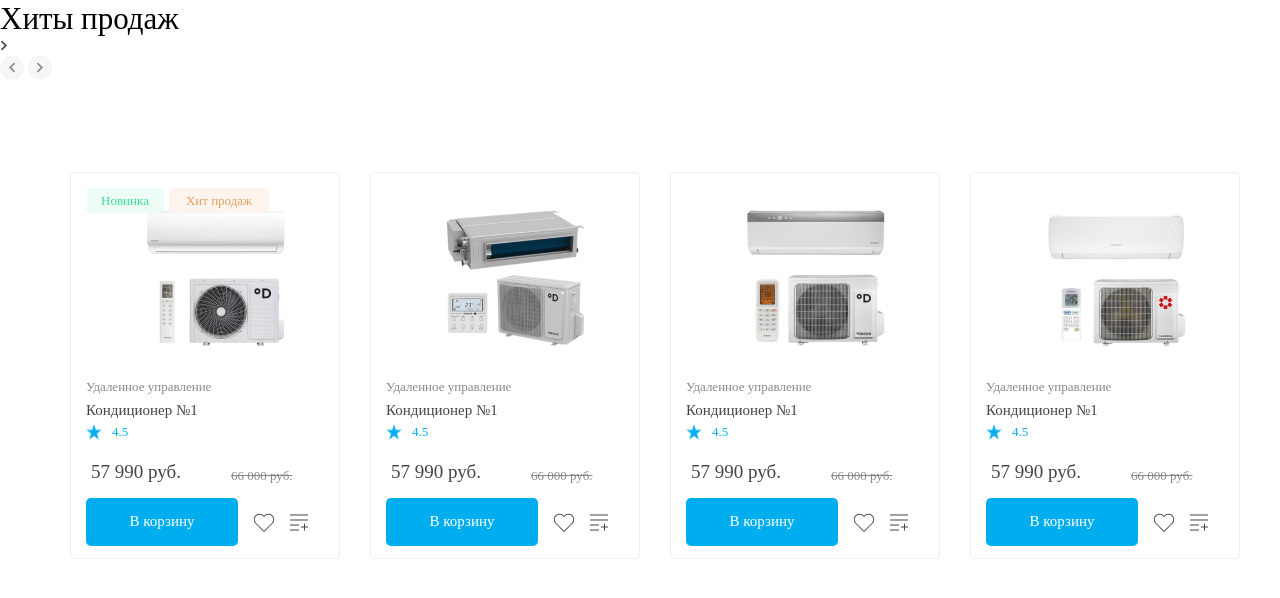
Repository: NikaMana/us
Page: index.html
An editor plug-in stored every save of this project. The page is shown before and after the next save, followed by the edit.
The browser window is 1280 px wide. The pictures show the whole page.

Above is the page before, as saved 2021-09-15 16:30:01.

### index.html
<!DOCTYPE html>
<html lang="ru">
<head>
    <meta charset="utf-8">
    <title>Main page</title>
    <meta name="viewport" content="widht=1100, initial-scale=1.0">
    <link rel="stylesheet" href="./styles.css">


</head>
<body>
<div class="welcome">
  <div class="welcome__container">
    <div class="welcome__up">
      <div class="welcome__left">
        <h1 class="welcome__hits">Хиты продаж</h1>
        <img class="welcome__arr" src="/img/arrbl.png" alt="blackarrow">
      </div>
      <div class="welcome__right">
        <img class="welcome__arr-left" src="/img/arrleft.png" alt="arrowleft">
        <img class="welcome__arr-right" src="/img/arrright.png" alt="arrowright">
      </div>
    </div>
      <div class="welcome__block-container">
        <div class="welcome__block">
          <div class="welcome__news">
            <div class="welcome__new">Новинка</div>
            <div class="welcome__sale">Хит продаж</div>
          </div>
          <img class="welcome__pic" src="/img/pic1.png" alt="condition">
          <h4 class="welcome__control">Удаленное управление</h4>
          <h3 class="welcome__condition">Кондиционер №1</h3>
          <div class="welcome__rating">
            <img class="welcome__star" src="/img/Star.png" alt="star">
            <span class="welcome__score">4.5</span>
          </div>
          <div class="welcome__price">
            <h2 class="welcome__price-current">57 990 руб.</h2>
            <h3 class="welcome__price-past">66 000 руб.</h3>
          </div>
          <div class="welcome__adding">
            <button class="welcome__button">В корзину</button>
            <img class="welcome__like" src="/img/like.png" alt="like">
            <img class="welcome__plus" src="/img/add.png" alt="add">
          </div>
        </div>
        <div class="welcome__block">
          <img class="welcome__pic" src="/img/pic2.png" alt="condition">
          <h4 class="welcome__control">Удаленное управление</h4>
          <h3 class="welcome__condition">Кондиционер №1</h3>
          <div class="welcome__rating">
            <img class="welcome__star" src="/img/Star.png" alt="star">
            <span class="welcome__score">4.5</span>
          </div>
          <div class="welcome__price">
            <h2 class="welcome__price-current">57 990 руб.</h2>
            <h3 class="welcome__price-past">66 000 руб.</h3>
          </div>
          <div class="welcome__adding">
            <button class="welcome__button">В корзину</button>
            <img class="welcome__like" src="/img/like.png" alt="like">
            <img class="welcome__plus" src="/img/add.png" alt="add">
          </div>
        </div>
        <div class="welcome__block">
          <img class="welcome__pic" src="/img/pic3.png" alt="condition">
          <h4 class="welcome__control">Удаленное управление</h4>
          <h3 class="welcome__condition">Кондиционер №1</h3>
          <div class="welcome__rating">
            <img class="welcome__star" src="/img/Star.png" alt="star">
            <span class="welcome__score">4.5</span>
          </div>
          <div class="welcome__price">
            <h2 class="welcome__price-current">57 990 руб.</h2>
            <h3 class="welcome__price-past">66 000 руб.</h3>
          </div>
          <div class="welcome__adding">
            <button class="welcome__button">В корзину</button>
            <img class="welcome__like" src="/img/like.png" alt="like">
            <img class="welcome__plus" src="/img/add.png" alt="add">
          </div>
        </div>
        <div class="welcome__block">
          <img class="welcome__pic" src="/img/pic4.png" alt="condition">
          <h4 class="welcome__control">Удаленное управление</h4>
          <h3 class="welcome__condition">Кондиционер №1</h3>
          <div class="welcome__rating">
            <img class="welcome__star" src="/img/Star.png" alt="star">
            <span class="welcome__score">4.5</span>
          </div>
          <div class="welcome__price">
            <h2 class="welcome__price-current">57 990 руб.</h2>
            <h3 class="welcome__price-past">66 000 руб.</h3>
          </div>
          <div class="welcome__adding">
            <button class="welcome__button">В корзину</button>
            <img class="welcome__like" src="/img/like.png" alt="like">
            <img class="welcome__plus" src="/img/add.png" alt="add">
          </div>
        </div>
      </div>
  </div>
</div>
</body>

### styles.css
*{
  margin: 0;
  padding: 0;
  box-sizing: border-box;
}
button{
  border: none;
  background: no-repeat;
}
h1, h2,h3,h4,h5{
  font-family: none;
  font-size: none;
}
.welcome{
  position: absolute;
  width: 100%;
  height: 100%;
  z-index: 0;
}

.welcome__hits{
font-family: Gotham Pro;
font-size: 31px;
font-style: normal;
font-weight: 300;
line-height: 37px;
letter-spacing: 0em;
text-align: left;
}
.welcome__block-container{
  display: flex;
  flex-direction: row;
}
.welcome__news{
  z-index: 1;
  display: flex;
  position: fixed;
}
.welcome__new{
  margin-right: 5px;
align-items: center;
padding: 5px 10px;
position: static;
width: 78px;
height: 25px;
left: 0px;
top: 0px;
background: #EEFCF6;
border-radius: 5px;
font-family: Gotham Pro;
font-style: normal;
font-weight: normal;
font-size: 13px;
line-height: 15px;
text-align: center;
color: #3DDC97;
}
.welcome__sale{
  position: static;
  padding: 5px 10px;
width: 100px;
height: 25px;
left: 83px;
top: 0px;
background: #FCF4ED;
border-radius: 5px;
font-family: Gotham Pro;
font-style: normal;
font-weight: normal;
font-size: 13px;
line-height: 15px;
align-items: center;
text-align: center;
color: #E49F62;
}
.welcome__block{
height: 387px;
width: 270px;
left: 55px;
top: 88px;
border-radius: 5px;
position: relative;
height: 387px;
left: 55px;
right: 955px;
top: 88px;
background: #FFFFFF;
border: 1px solid #EEEEEE;
box-sizing: border-box;
border-radius: 5px;
margin: 0px 15px;
padding: 15px;
}
.welcome__pic{
z-index: 0;
margin: 15px;
height: 150px;
left: 20px;
right: 20px;
top: 20px;
}
.welcome__control{
  position: static;
width: 230px;
height: 19px;
left: 0px;
top: 0px;
font-family: Gotham Pro;
font-style: normal;
font-weight: normal;
font-size: 13px;
line-height: 19px;
color: #888888;
flex: none;
order: 0;
align-self: stretch;
flex-grow: 0;
margin: 5px 0px;
}
.welcome__condition{
  position: static;
width: 230px;
height: 18px;
left: 0px;
top: 0px;
font-family: Gotham Pro;
font-style: normal;
font-weight: normal;
font-size: 15px;
line-height: 18px;
color: #444444;
flex: none;
order: 0;
align-self: stretch;
flex-grow: 0;
margin: 5px 0px;
}
.welcome__rating{
  display: flex;
}
.welcome__star{
  position: static;
width: 16px;
height: 16px;
left: 0px;
top: 0px;
flex: none;
order: 0;
flex-grow: 0;
margin-right: 5px;
}
.welcome__score{
  position: static;
width: 165px;
height: 15px;
left: 21px;
top: 0px;
font-family: Gotham Pro;
font-style: normal;
font-weight: normal;
font-size: 13px;
line-height: 15px;
display: flex;
align-items: center;
color: #00ADEF;
flex: none;
order: 1;
flex-grow: 1;
margin: 0px 5px;
}
.welcome__price{
  display: flex;
  margin-top: 20px;
  margin-bottom: 15px;
}
.welcome__price-current{
  position: static;
width: 130px;
height: 23px;
left: 0px;
top: 0px;
font-family: Gotham Pro;
font-style: normal;
font-weight: normal;
font-size: 19px;
line-height: 23px;
display: flex;
align-items: flex-end;
color: #444444;
flex: none;
order: 0;
flex-grow: 0;
margin: 0px 5px;
}
.welcome__price-past{
  position: static;
width: 103px;
height: 23px;
left: 135px;
top: 0px;
font-family: Gotham Pro;
font-style: normal;
font-weight: normal;
font-size: 13px;
line-height: 15px;
display: flex;
align-items: flex-end;
text-decoration-line: line-through;
color: #888888;
flex: none;
order: 1;
flex-grow: 0;
margin: 0px 5px;
}
.welcome__adding{
  display: flex;
  align-items: center;
}
.welcome__button{
  display: flex;
flex-direction: row;
justify-content: center;
align-items: center;
padding: 14px 40px 16px;
position: static;
width: 152px;
height: 48px;
left: 0px;
top: 0px;
background: #00ADEF;
border-radius: 5px;
flex: none;
order: 0;
font-family: Gotham Pro;
font-style: normal;
font-weight: normal;
font-size: 15px;
line-height: 18px;
color: #FFFFFF;
margin-right: 15px;
cursor: pointer;
}
.welcome__like{
cursor: pointer;
margin-right: 15px;
}
.welcome__plus{
cursor: pointer;;
}

After the next save:
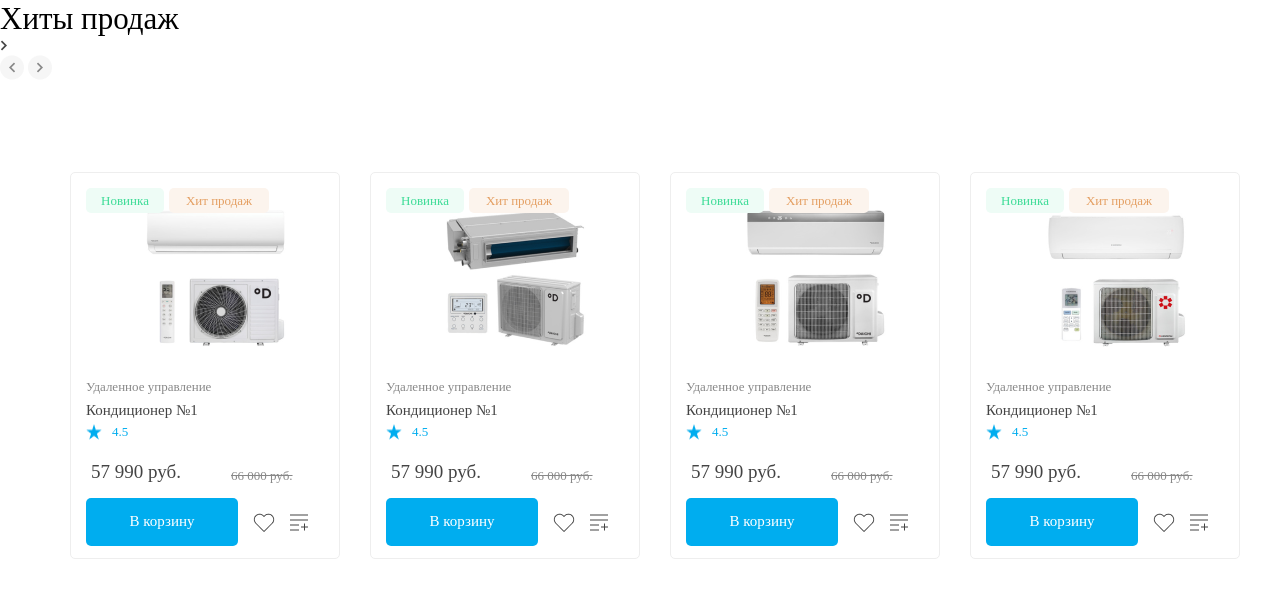
Saved 55 s later.
--- a/index.html
+++ b/index.html
@@ -45,6 +45,10 @@
           </div>
         </div>
         <div class="welcome__block">
+          <div class="welcome__news">
+            <div class="welcome__new">Новинка</div>
+            <div class="welcome__sale">Хит продаж</div>
+          </div>
           <img class="welcome__pic" src="/img/pic2.png" alt="condition">
           <h4 class="welcome__control">Удаленное управление</h4>
           <h3 class="welcome__condition">Кондиционер №1</h3>
@@ -63,6 +67,10 @@
           </div>
         </div>
         <div class="welcome__block">
+          <div class="welcome__news">
+            <div class="welcome__new">Новинка</div>
+            <div class="welcome__sale">Хит продаж</div>
+          </div>
           <img class="welcome__pic" src="/img/pic3.png" alt="condition">
           <h4 class="welcome__control">Удаленное управление</h4>
           <h3 class="welcome__condition">Кондиционер №1</h3>
@@ -81,6 +89,10 @@
           </div>
         </div>
         <div class="welcome__block">
+          <div class="welcome__news">
+            <div class="welcome__new">Новинка</div>
+            <div class="welcome__sale">Хит продаж</div>
+          </div>
           <img class="welcome__pic" src="/img/pic4.png" alt="condition">
           <h4 class="welcome__control">Удаленное управление</h4>
           <h3 class="welcome__condition">Кондиционер №1</h3>
